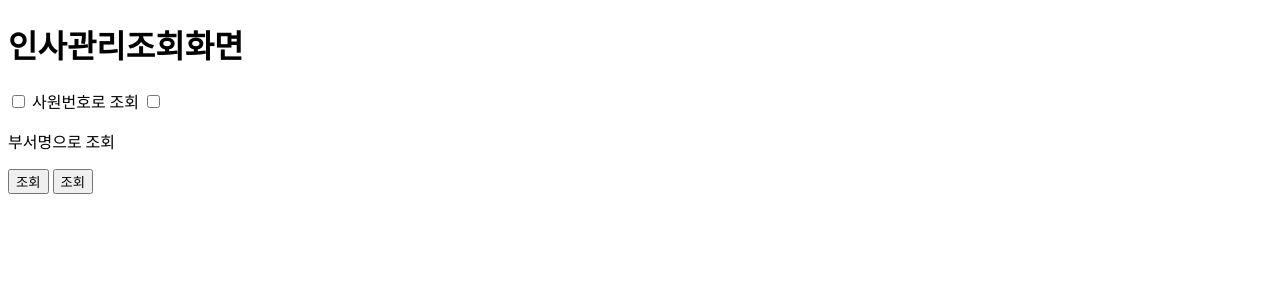
Repository: alsdud0301/jsp_study
Page: http://localhost/practice1/check.jsp
These files come from the project's save history. The page is drawn as it stood at one moment and after the next save; the edit follows.
The browser window is 1280 px wide. The pictures show the whole page.
The page is served by Tomcat 9.

Above is the page before, as saved 2025-05-21 06:47:25.

After the next save:
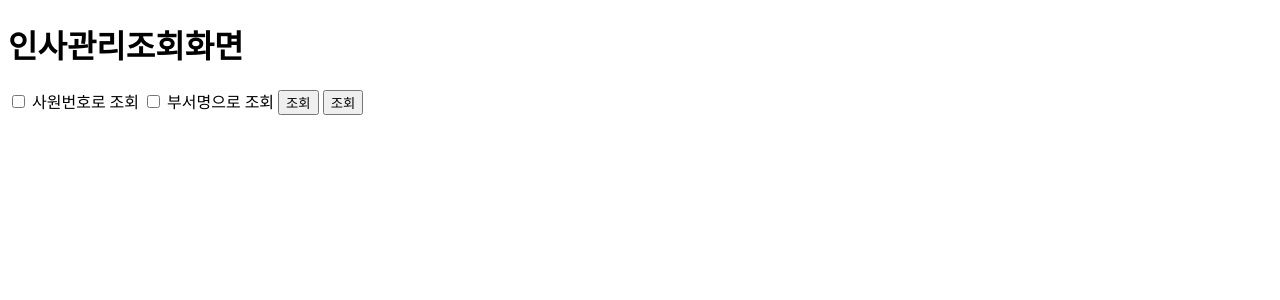
Saved 6 s later.
--- a/practice1/src/main/webapp/check.jsp
+++ b/practice1/src/main/webapp/check.jsp
@@ -12,7 +12,7 @@
 		<input type="checkbox">
 		<span>사원번호로 조회</span>
 		<input type="checkbox">
-		<p>부서명으로 조회</p>
+		<span>부서명으로 조회</span>
 		<input type="submit" value="조회"> <input type="button"
 			value="조회">
 	</form>
